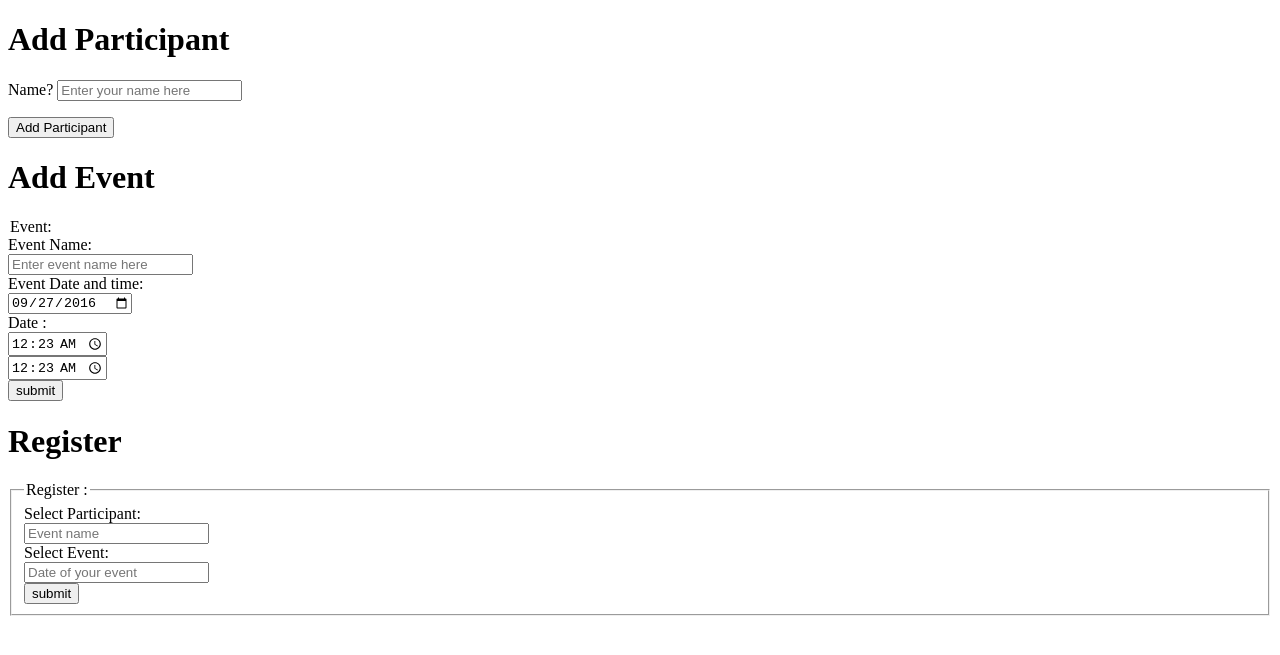
Repository: erickzhao/Event-Registration-Application
Page: http://localhost/
An editor plug-in stored every save of this project. The page is shown before and after the next save, followed by the edit.
The browser window is 1280 px wide. The pictures show the whole page.
The page is run by PHP 8.4 with error messages shown; the project is at /var/www/html/.

Above is the page before, as saved 2016-09-28 03:36:07.

### workspace-web/EventRegistration/EventRegistration/index.php
<!DOCTYPE html>
<html>
	<head>
		<meta charset="UTF-8">
		<title> Event Registration </title>
		<style>
			.error {color:#FF0000;}
		</style>
	</head>
	<body>
		<?php
			require_once "model/Participant.php";
			session_start();
		?>
		<h1> Add Participant </h1>
		<form action = "addparticipant.php" method="post">
			<p>Name? <input type="text" name="participant_name" placeholder="Enter your name here"/>
			<span class="error">
			<?php
			if (isset($_SESSION['errorParticipantName']) && !empty($_SESSION['errorParticipantName'])){
				echo " * " . $_SESSION["errorParticipantName"];
			}
			?>
			</span></p>
			<p><input type="submit" value="Add Participant"/></p>
		</form>

		<h1>Add Event</h1>
		<form action = "addevent.php" method="post">
			<legend>Event:</legend>
			Event Name:<br>
			<input type="text" name="event_name" placeholder="Enter event name here"/><br>
			Event Date and time:<br>
			<input type="date" name="event_date" value="<?php echo date('Y-m-d'); ?>" /><br>
			Date :<br> <!--Add better way to select the date-->
			<input type="time" name="starttime" value="<?php echo date('H:i'); ?>" /> <br>
			<input type="time" name="endtime" value="<?php echo date('H:i'); ?>" /> <br>
			<!-- Also add start/end times-->
			<input type="submit" value="submit">
		</form>

		<h1>Register</h1>
		<form action = ""> <!--Insert the php file behind this-->
			<fieldset>
				<legend>Register :</legend>
				Select Participant: <br>
				<!--Select participant/event has to be a drop-down not a text field -->
				<input type="text" name="notHandledLikeThis" placeholder="Event name"><br>
				Select Event: <br> <!--Add better way to select the date-->
				<input type="text" name="notHandledLikeThis" placeholder="Date of your event"><br>
				<input type="submit" value="submit">
			</fieldset>
		</form>

	</body>
</html>

### workspace-web/EventRegistration/EventRegistration/model/Participant.php
<?php
/*PLEASE DO NOT EDIT THIS CODE*/
/*This code was generated using the UMPLE 1.22.0.5146 modeling language!*/

class Participant
{

  //------------------------
  // MEMBER VARIABLES
  //------------------------

  //Participant Attributes
  private $name;

  //------------------------
  // CONSTRUCTOR
  //------------------------

  public function __construct($aName)
  {
    $this->name = $aName;
  }

  //------------------------
  // INTERFACE
  //------------------------

  public function setName($aName)
  {
    $wasSet = false;
    $this->name = $aName;
    $wasSet = true;
    return $wasSet;
  }

  public function getName()
  {
    return $this->name;
  }

  public function equals($compareTo)
  {
    return $this == $compareTo;
  }

  public function delete()
  {}

}
?>

After the next save:
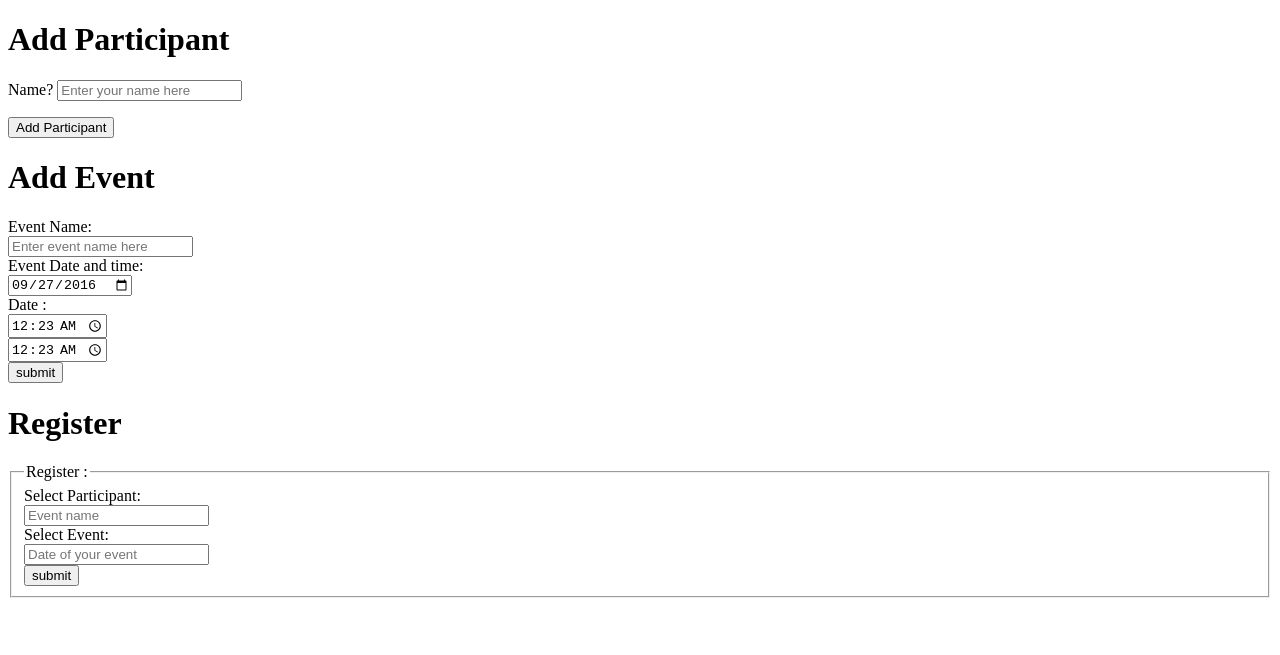
Saved 100 s later.
--- a/workspace-web/EventRegistration/EventRegistration/index.php
+++ b/workspace-web/EventRegistration/EventRegistration/index.php
@@ -27,7 +27,6 @@
 
 		<h1>Add Event</h1>
 		<form action = "addevent.php" method="post">
-			<legend>Event:</legend>
 			Event Name:<br>
 			<input type="text" name="event_name" placeholder="Enter event name here"/><br>
 			Event Date and time:<br>
@@ -40,7 +39,7 @@
 		</form>
 
 		<h1>Register</h1>
-		<form action = ""> <!--Insert the php file behind this-->
+		<form action = "register.php"> <!--Insert the php file behind this-->
 			<fieldset>
 				<legend>Register :</legend>
 				Select Participant: <br>
